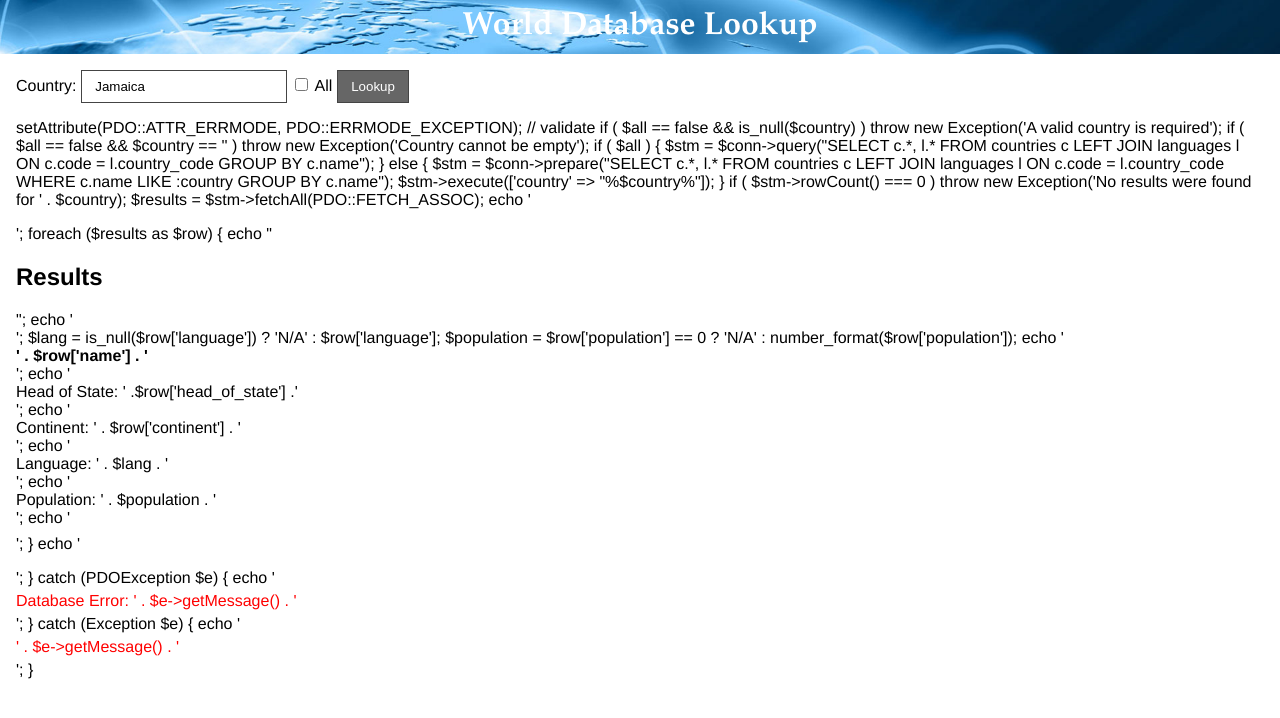
Repository: zBraVo17/info2180-lab7
Page: index.html
The author's editor kept a record of every edit. The page is drawn from the files as they stood at one moment, then again after the next edit.
The browser window is 1280 px wide. The pictures show the whole page.
After loading, the first visible `#lookup` was clicked once.
Some web libraries are served in a nearby version.

Above is the page before.

After the next edit:
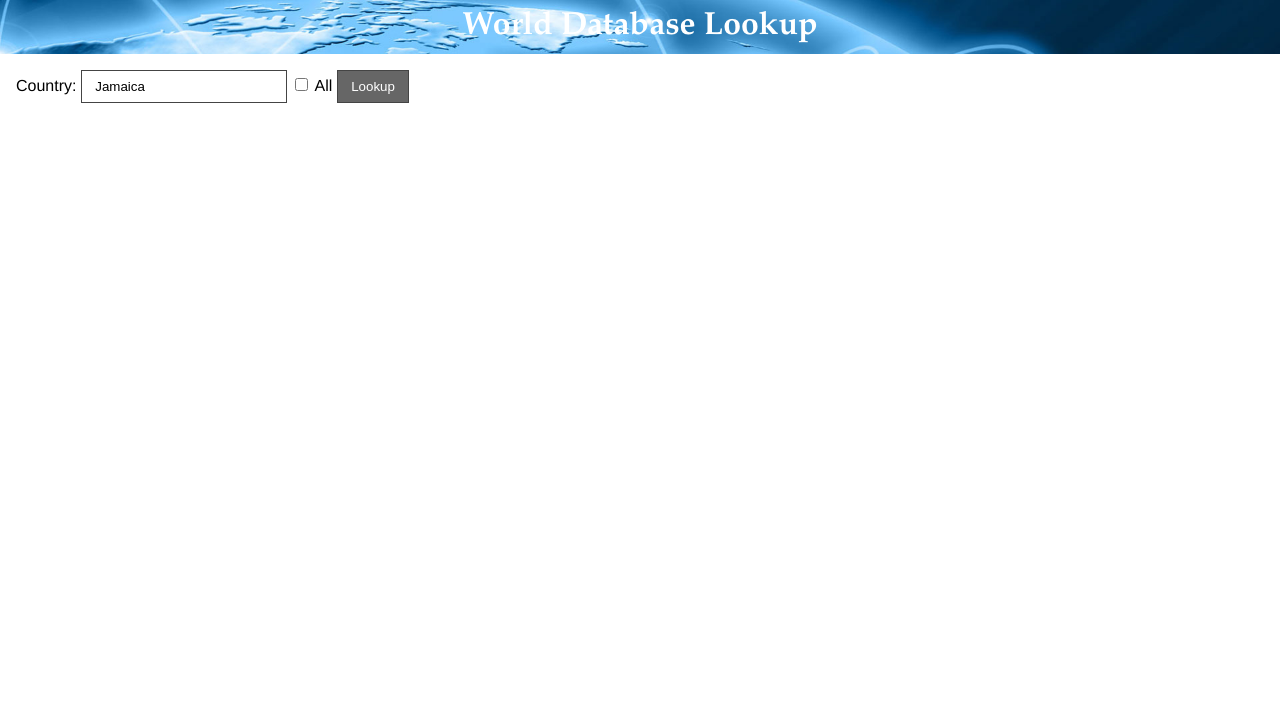
Console error: ReferenceError: countr is not defined
The edit:
--- a/world.js
+++ b/world.js
@@ -24,6 +24,6 @@
         else
             param = {country: country};
 
-        getCountry(param);
+        getCountry(countr);
     });
 });

After the 2 edits that followed:
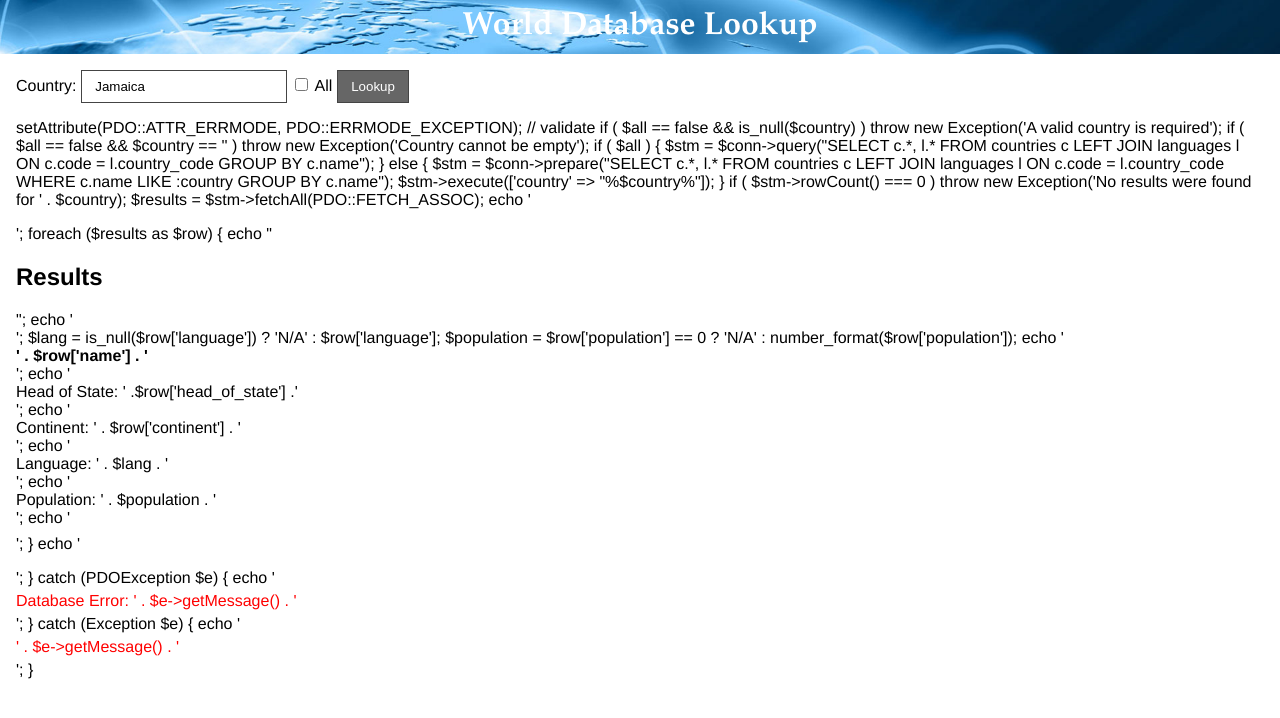
The error is gone.
The 2 edits are shown as one change because 1 left the picture as it was.
The edit:
--- a/world.js
+++ b/world.js
@@ -17,10 +17,10 @@
     document.getElementById('lookup').addEventListener('click', function() {
         var country = document.getElementById('country').value;
         var all = document.getElementById('allResult').checked;
-        var param;
+        var countr;
 
         if ( all )
-            param = {all: true};
+            countr = {all: true};
         else
             param = {country: country};
 
